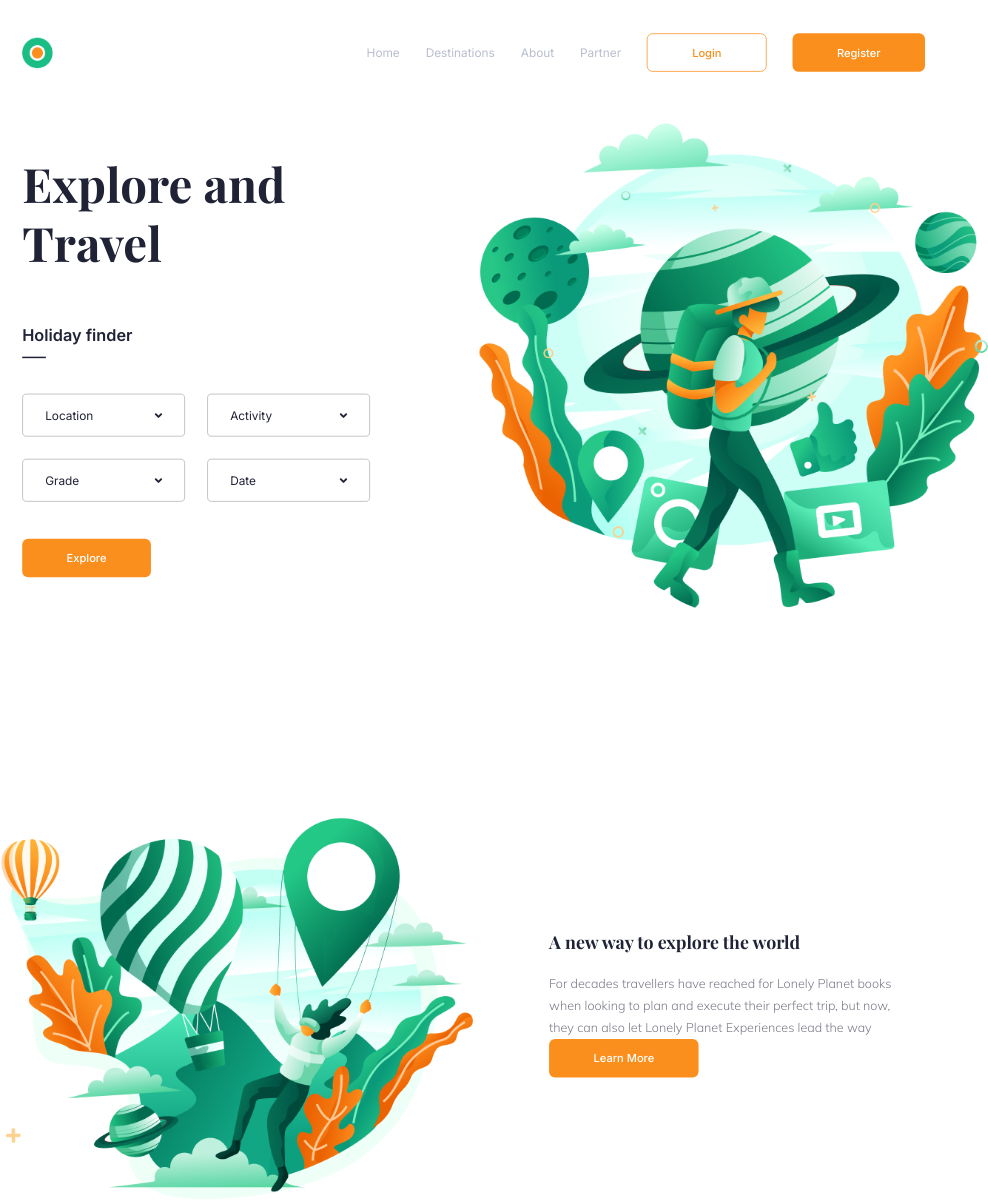
Repository: long5122000/sunny
Page: index.html
The author's editor kept a copy of each file at every save. The page is drawn from the files as they stood at one save, then again after the next save.
The browser window is 1280 px wide. The page is 1335 px wide, so the pictures cover 1335 px, including what lies to the right of the window. The pictures show the whole page, at 74% of full size.
The style sheet was rebuilt from its Sass, Less or Tailwind sources for each picture, by a compiler version that may differ from the author's.

Above is the page before, as saved 2021-11-24 21:48:04.

### index.html
<!DOCTYPE html>
<html lang="en">
  <head>
    <meta charset="UTF-8" />
    <meta http-equiv="X-UA-Compatible" content="IE=edge" />
    <meta name="viewport" content="width=device-width, initial-scale=1.0" />
    <title>Thousand Sunny</title>
    <link rel="preconnect" href="https://fonts.googleapis.com" />
    <link rel="preconnect" href="https://fonts.gstatic.com" crossorigin />
    <link
      href="https://fonts.googleapis.com/css2?family=Inter:wght@400;500;600&family=Mulish:wght@300&family=Playfair+Display:wght@700&display=swap"
      rel="stylesheet"
    />
    <link
      rel="stylesheet"
      href="https://use.fontawesome.com/releases/v5.15.4/css/all.css"
      integrity="sha384-DyZ88mC6Up2uqS4h/KRgHuoeGwBcD4Ng9SiP4dIRy0EXTlnuz47vAwmeGwVChigm"
      crossorigin="anonymous"
    />
    <link rel="stylesheet" href="./css/app.css" />
  </head>
  <body>
    <div class="wrapper">
      <header class="header">
        <div class="container">
          <div class="header-main">
            <img srcset="./images/logo.png 2x" alt="" />
            <ul class="menu">
              <li class="menu-item">
                <a href="#" class="menu-link">Home</a>
              </li>
              <li class="menu-item">
                <a href="#" class="menu-link">Destinations</a>
              </li>
              <li class="menu-item">
                <a href="#" class="menu-link">About</a>
              </li>
              <li class="menu-item">
                <a href="#" class="menu-link">Partner</a>
              </li>
              <li class="menu-item">
                <a href="#" class="btn btn--secondary">Login</a>
              </li>
              <li class="menu-item">
                <a href="#" class="btn btn--primary">Register</a>
              </li>
            </ul>
          </div>
        </div>
      </header>
      <main>
        <section class="hero">
          <div class="container">
            <div class="hero-main">
              <div class="hero-content">
                <h1 class="heading hero-heading">Explore and Travel</h1>
                <div class="hero-caption">Holiday finder</div>
                <div class="hero-form">
                  <div class="dropdown">
                    <div class="dropdown-select">
                      <span class="dropdown-value">Location</span>
                      <i class="fas fa-angle-down"></i>
                    </div>
                    <div class="dropdown-list">
                      <div class="dropdown-item">title</div>
                      <div class="dropdown-item">title</div>
                      <div class="dropdown-item">title</div>
                    </div>
                  </div>
                  <div class="dropdown">
                    <div class="dropdown-select">
                      <span class="dropdown-value">Activity</span>
                      <i class="fas fa-angle-down"></i>
                    </div>
                    <div class="dropdown-list">
                      <div class="dropdown-item">title</div>
                      <div class="dropdown-item">title</div>
                      <div class="dropdown-item">title</div>
                    </div>
                  </div>
                  <div class="dropdown">
                    <div class="dropdown-select">
                      <span class="dropdown-value">Grade</span>
                      <i class="fas fa-angle-down"></i>
                    </div>
                    <div class="dropdown-list">
                      <div class="dropdown-item">title</div>
                      <div class="dropdown-item">title</div>
                      <div class="dropdown-item">title</div>
                    </div>
                  </div>
                  <div class="dropdown">
                    <div class="dropdown-select">
                      <span class="dropdown-value">Date</span>
                      <i class="fas fa-angle-down"></i>
                    </div>
                    <div class="dropdown-list">
                      <div class="dropdown-item">title</div>
                      <div class="dropdown-item">title</div>
                      <div class="dropdown-item">title</div>
                    </div>
                  </div>
                </div>
                <a href="#!" class="btn btn--primary">Explore</a>
              </div>
              <div class="hero-image">
                <img srcset="./images/img1.png 2x" alt="" />
              </div>
            </div>
          </div>
        </section>
        <section class="explore">
          <div class="container">
            <div class="explore-main">
              <div class="explore-image">
                <img srcset="./images/img2.png 2x" alt="" />
              </div>
              <div class="explore-content">
                <h2 class="heading explore-heading">
                  A new way to explore the world
                </h2>
                <p class="text explore-desc">
                  For decades travellers have reached for Lonely Planet books
                  when looking to plan and execute their perfect trip, but now,
                  they can also let Lonely Planet Experiences lead the way
                </p>
                <div class="btn btn--primary" href="!#">Learn More</div>
              </div>
            </div>
          </div>
        </section>
      </main>
    </div>
    <script src="scripts/app.js"></script>
  </body>
</html>

### sass/app.scss
@import "reset";
@import "variables";
@import "global";
@import "typography";
@import "header";
@import "menu";
@import "hero";
@import "explore";
@import "footer";

### sass/_variables.scss
$primary-font: "Inter", sans-serif;
$secondary-font: "Playfair Display", serif;
$third-font: "Mulish", sans-serif;
$gray: #b8becd;
$gray-dark: #afb0b9;
$gray-darker: #7d7987;
$gray-darkest: #202336;
$primary-color: #fb8f1d;

### sass/_global.scss
.wrapper {
  max-width: 1600px;
  margin: 0 auto;
}
.container {
  max-width: 1260px;
  margin: 0 auto;
  padding: 0 20px;
}
ul {
  list-style: none;
}
.btn {
  display: inline-flex;
  justify-content: center;
  align-items: center;
  cursor: pointer;
  font-size: 15px;
  font-weight: 500;
  font-family: $primary-font;
  line-height: 1;
  height: 52px;
  padding: 0 60px;
  border-radius: 8px;
  background-color: transparent;
  border: 0;
  outline: none;
  &--primary {
    color: white;
    background-color: $primary-color;
  }
  &--secondary {
    color: $primary-color;
    border: 1px solid currentColor;
  }
}
.dropdown {
  &-list {
    display: none;
  }
  &-select {
    display: flex;
    justify-content: space-between;
    align-items: center;
    padding: 20px 30px;
    border-radius: 6px;
    border: 1px solid $gray-dark;
    color: $gray-darkest;
    cursor: pointer;
  }
}

### sass/_typography.scss
body {
  font-family: $primary-font;
  font-size: 16px;
  line-height: 1;
  color: $gray;
}
.heading {
  font-family: $secondary-font;
  color: $gray-darkest;
  &--small {
    line-height: 139%;
    font-size: 36px;
  }
}
.text {
  font-weight: 300;
  line-height: 176%;
  font-size: 17px;
  color: $gray-darker;
  font-family: $third-font;
}

### sass/_header.scss
.header {
  padding-top: 45px;
  padding-bottom: 70px;
  &-main {
    display: flex;
    justify-content: space-between;
    align-items: center;
  }
}

### sass/_menu.scss
.menu {
  display: flex;
  align-items: center;
  gap: 0 35px;
  &-link {
    color: inherit;
  }
}

### sass/_hero.scss
.hero {
  margin-bottom: 270px;
  &-main {
    display: flex;
    justify-content: space-between;
    align-items: center;
  }
  &-heading {
    font-size: 64px;
    line-height: 125%;
    margin-bottom: 74px;
  }
  &-caption {
    font-size: 22px;
    font-weight: 600;
    margin-bottom: 48px;
    padding-bottom: 20px;
    display: inline-block;
    position: relative;
    color: $gray-darkest;
    &:before {
      content: "";
      position: absolute;
      bottom: 0;
      left: 0;
      width: 32px;
      height: 2px;
      background-color: $gray-darkest;
    }
  }
  &-content {
    width: 100%;
    max-width: 470px;
  }
  &-image {
    transform: translateX(85px);
  }
  &-form {
    margin-bottom: 50px;
    display: grid;
    grid-template-columns: 1fr 1fr;
    grid-gap: 30px;
  }
}

### sass/_explore.scss
.explore {
  &-main {
    display: flex;
    justify-content: space-between;
    align-items: center;
    gap: 0 50px;
  }
  &-content {
    max-width: 508px;
    padding-right: 27px;
  }
  &-image {
    transform: translateX(-50px);
  }
  &-heading {
    margin-bottom: 30px;
  }
}

Loaded but not shown: sass/_reset.scss (common file); scripts/app.js (no stored copy; drawn as an empty file); sass/_footer.scss (no stored copy; drawn as an empty file)

After the next save:
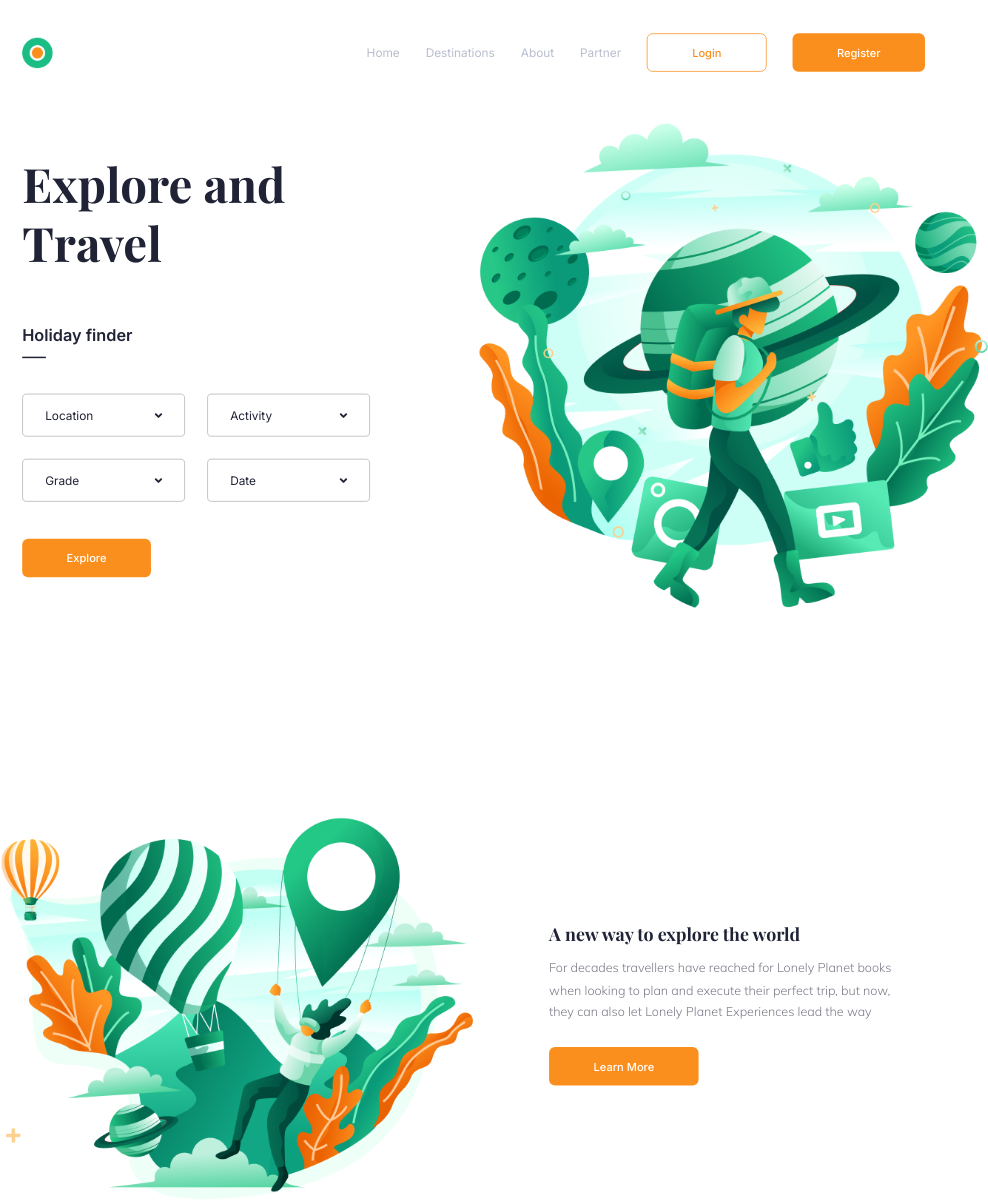
Saved 21 s later.
--- a/sass/_explore.scss
+++ b/sass/_explore.scss
@@ -13,6 +13,9 @@
     transform: translateX(-50px);
   }
   &-heading {
-    margin-bottom: 30px;
+    margin-bottom: 20px;
+  }
+  &-desc {
+    margin-bottom: 33px;
   }
 }
